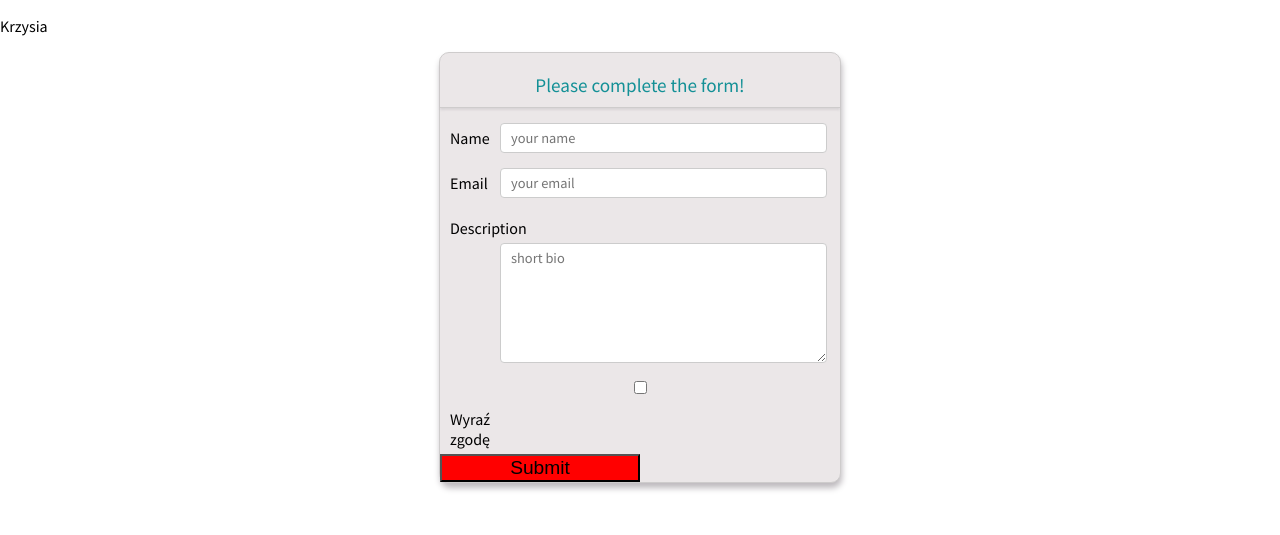
Repository: KrzysKolo/sr_tydzien4_zad2
Page: /
An editor plug-in stored every save of this project. The page is shown before and after the next save, followed by the edit.
The browser window is 1280 px wide. The pictures show the whole page.
The project was rebuilt for these pictures with package versions that can differ from the ones it lists, and the page was loaded fresh each time. Also part of the build but not shown: src/components/formComponents/ErrorMessage.js, src/components/formComponents/Message.js.

Above is the page before, as saved 2020-11-27 20:56:33.

### src/index.css
@import url("https://fonts.googleapis.com/css?family=Source+Sans+Pro");
body {
  margin: 0;
  font-family: "Source Sans Pro", sans-serif;
}

code {
  font-family: source-code-pro, Menlo, Monaco, Consolas, "Courier New",
    monospace;
}

### src/App.js
import React from 'react'
import Form from './components/Form';

function App() {
  return (
    <div>
      <p>Krzysia</p>
      <Form />
    </div>
  )
}

export default App

### src/components/Form.js
import React, { Component } from 'react';
import Input from './formComponents/Input';
import TextArea from './formComponents/TextArea';
import Checkbox from './formComponents/Checkbox';
import Button from './formComponents/Button';
import Header from './formComponents/Header';
import Message from './formComponents/Message';
import styled from 'styled-components';

const ContainerForm = styled.form`
width: 80%;
max-width: 400px;
background: rgb(235, 231, 232);
border: 1px solid rgb(206, 204, 204);
border-radius: 10px;
box-shadow: 1px 5px 6px rgb(189, 185, 189);
margin: 0 auto;
`;

class Form extends Component {

state = {
    Name: '',
    Email: '',
    Description: '',
    accept: false,
    message: '',
    errors: {
        Name: false,
        Email: false,
        Description: false,
        accept: false,
        }
}
message = {
    Name_incorrect: "Nazwa musi być dłuższa niż 5 znaków i nie może zawierać spacji",
    Email_incorrect: "Brak @ lub adres zawiera spacje",
    Description_incorrect: "Opis musi zawierać co najmniej 3 znaki",
    accept_incorrect: "Nie potwierdziłeś regulaminu",
}

handleChange = e =>{
    const inputName = e.target.name;
    const type = e.target.type
    if(type === "text" || type === "email" ) {
        const value = e.target.value;
        this.setState({
            [inputName] : value,
        })
    } else if (type === "checkbox") {
      const checked = e.target.checked;
      console.log(checked);
      this.setState({
        [inputName]: checked,
      })
    }
}
onSubmit = e => {
    e.preventDefault();
    const validation = this.formValidation();
    if(validation.correct) {
      this.setState({
        Name: "",
        Email: "",
        Description: '',
        accept: false,
        message: "The form has been submitted!",
        errors: {
          Name: false,
          Email: false,
          Description: false,
          accept: false,
        }
      })
      console.log(this.state.message);
    } else {
      this.setState({
        errors: {
          Name: !validation.Name,
          Email: !validation.Email,
          Description: !validation.Description,
          accept: !validation.accept,
        }
      })
    }
}

formValidation = () => {
    let Name = false;
    let Email = false;
    let Description = false;
    let accept = false;
    let correct = false;
    if(this.state.Name.length > 5) {
      Name = true;
    }
    if(this.state.Email.indexOf('@') !== -1 && this.state.Email.lastIndexOf(' ') === -1) {
      Email = true;
    }
    if(this.state.Description.length >= 3) {
      Description = true;
    }
    if(this.state.accept) {
      accept = true;
    }
    if (Name && Email && Description && accept){
        correct = true;
      }
   return ({
      Name,
      Email,
      Description,
      correct,

    })

  }

    render () {

    return (
        <ContainerForm onSubmit={this.onSubmit} noValidate>
          <Header />
          <Input type="text" placeholder="your name" value={this.state.Name} name="Name" onChange={this.handleChange} errorInfo={this.state.errors.Name} message={this.message.Name_incorrect} />
          <Input type="email" placeholder="your email" value={this.state.Email} name="Email" onChange={this.handleChange} errorInfo={this.state.errors.Email} message={this.message.Email_incorrect} />
          <TextArea  type="text" rows="6" placeholder="short bio" value={this.state.Description} name="Description" onChange={this.handleChange} errorInfo={this.state.errors.Description} message={this.message.Description_incorrect} />
          <Checkbox  type="checkbox" name="accept" checked={this.state.accept}  onChange={this.handleChange} errorInfo={this.state.errors.accept} message={this.message.accept_incorrect} />
          <Button type="submit" />
          {this.state.message && <Message message={this.state.message} /> }
        </ContainerForm>
    )
    }
}

export default Form

### src/components/formComponents/Input.js
import React from 'react'
import styled from 'styled-components';
import ErrorMessage from './ErrorMessage';
const InputDiv = styled.div`
    display: flex;
    flex-direction: row;
    align-content: center;
    margin: 0 auto;
    padding-top: 5px;

`;
const InputLabel = styled.label`
    width: 10%;
    font-size: 1rem;
    padding: 5px 10px;
`;
const inputStyles = errorInfo => `
    width: 80%;
    max-width: 305px;
    padding: 5px 10px;
    border: 1px solid ${errorInfo ? '#d3170d' : '#ccc'};
    border-radius: 4px;
    font-family: inherit;
    font-size: 0.9rem;
    ${!errorInfo && 'margin-bottom: 10px;'}
`;
const InputError = styled.input`
    ${props => inputStyles(props.errorInfo)}
`;

const TextArea = (props) => {
    const { name, message, errorInfo }= props;
    return (
        <>
            <InputDiv>
                <InputLabel htmlFor={name} >{name} </InputLabel>
                <InputError id={name} {...props} errorInfo={errorInfo} message={message}/>
            </InputDiv>
            {errorInfo && <ErrorMessage message={message} /> }
        </>
    )

}

export default TextArea;

### src/components/formComponents/TextArea.js
import React from 'react'
import styled from 'styled-components';
import ErrorMessage from './ErrorMessage';

const TextAreaDiv = styled.div`
    display: flex;
    flex-direction: column;
    align-content: center;
    margin: 0 auto;
    padding-top: 5px;

`;
const TextAreaLabel = styled.label`
    width: 10%;
    font-size: 1rem;
    padding: 5px 10px;
`;
const textAreaStyles = errorInfo => `
    width: 80%;
    max-width: 305px;
    margin: 0 auto 0 15%;
    padding: 5px 10px;
    border: 1px solid ${errorInfo ? '#d3170d' : '#ccc'};
    border-radius: 4px;
    font-family: inherit;
    font-size: 0.9rem;
    ${!errorInfo && 'margin-bottom: 10px;'}
`;
const TextAreaError = styled.textarea`
    ${props => textAreaStyles(props.errorInfo)}
`;

const Input = (props) => {
    const { name, message, errorInfo }= props;
    return (
        <>
            <TextAreaDiv>
                <TextAreaLabel htmlFor={name}>{name} </TextAreaLabel>
                <TextAreaError id={name} {...props} errorInfo={errorInfo} message={message}/>
            </TextAreaDiv>
            {errorInfo && <ErrorMessage message={message} /> }
        </>
    )

}

export default Input;

### src/components/formComponents/Checkbox.js
import React from 'react'
import styled from 'styled-components';
import ErrorMessage from './ErrorMessage';

const CheckboxDiv = styled.div`
    display: flex;
    flex-direction: column;
    align-content: center;
    margin: 0 auto;
    padding-top: 5px;

`;
const CheckboxDivLabel = styled.label`
    width: 10%;
    font-size: 1rem;
    padding: 5px 10px;
`;
const checkboxDivStyles = errorInfo => `
    border: 1px solid ${errorInfo ? '#d3170d' : '#ccc'};
    ${!errorInfo && 'margin-bottom: 10px;'}
`;
const CheckboxDivError = styled.input`
    ${props => checkboxDivStyles(props.errorInfo)}
`;

const Checkbox = (props) => {
    const { name, message, errorInfo }= props;
    return (
        <>
            <CheckboxDiv>
                <CheckboxDivError id={name} {...props} errorInfo={errorInfo} message={message}/>
                <CheckboxDivLabel htmlFor={name}>Wyraź zgodę </CheckboxDivLabel>
            </CheckboxDiv>
            {errorInfo && <ErrorMessage message={message} /> }
        </>
    )

}

export default Checkbox;

### src/components/formComponents/Button.js
import React from 'react'
import styled from 'styled-components';

const BtnSubmit = styled.button`
 width: 200px;
 background: red;
 font-size: 1.2rem;
`;

const Button = () => {
    return (
        <BtnSubmit>Submit</BtnSubmit>
    )
}

export default Button;

### src/components/formComponents/Header.js
import React from 'react';
import styled from 'styled-components';

const HeaderTitle = styled.header`
    border-bottom: 1px solid rgb(206, 204, 204);
    box-shadow: 0 2px 2px rgba(189, 185, 189, 0.4);
    color: rgb(19, 144, 150);
    font-size: 1.2rem;
    font-wight: 900;
    padding: 10px;
    margin: 10px auto;
    text-align: center;

`;

const Header = () => {
    return (
        <HeaderTitle>
            Please complete the form!
        </HeaderTitle>
    )
}

export default Header;

Loaded but not shown: public/index.html (common file); src/index.js (common file)

After the next save:
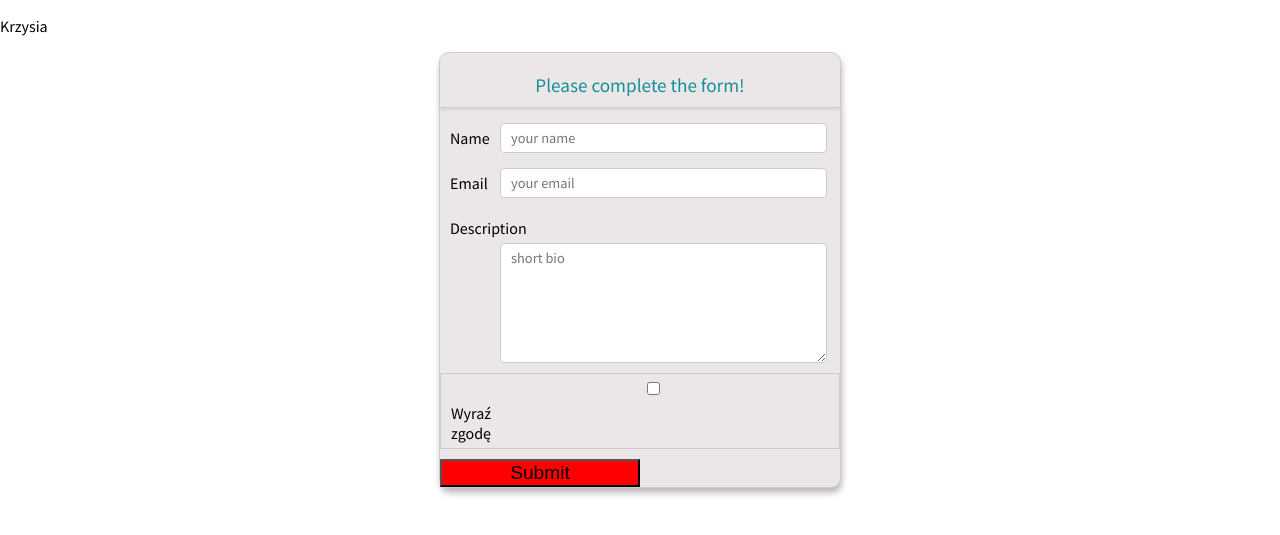
Saved 102 s later.
--- a/src/components/formComponents/Checkbox.js
+++ b/src/components/formComponents/Checkbox.js
@@ -8,7 +8,7 @@ const CheckboxDiv = styled.div`
     align-content: center;
     margin: 0 auto;
     padding-top: 5px;
-
+    ${props => checkboxDivStyles(props.errorInfo)}
 `;
 const CheckboxDivLabel = styled.label`
     width: 10%;
@@ -20,7 +20,7 @@ const checkboxDivStyles = errorInfo => `
     ${!errorInfo && 'margin-bottom: 10px;'}
 `;
 const CheckboxDivError = styled.input`
-    ${props => checkboxDivStyles(props.errorInfo)}
+    margin-left: 30px;
 `;
 
 const Checkbox = (props) => {
